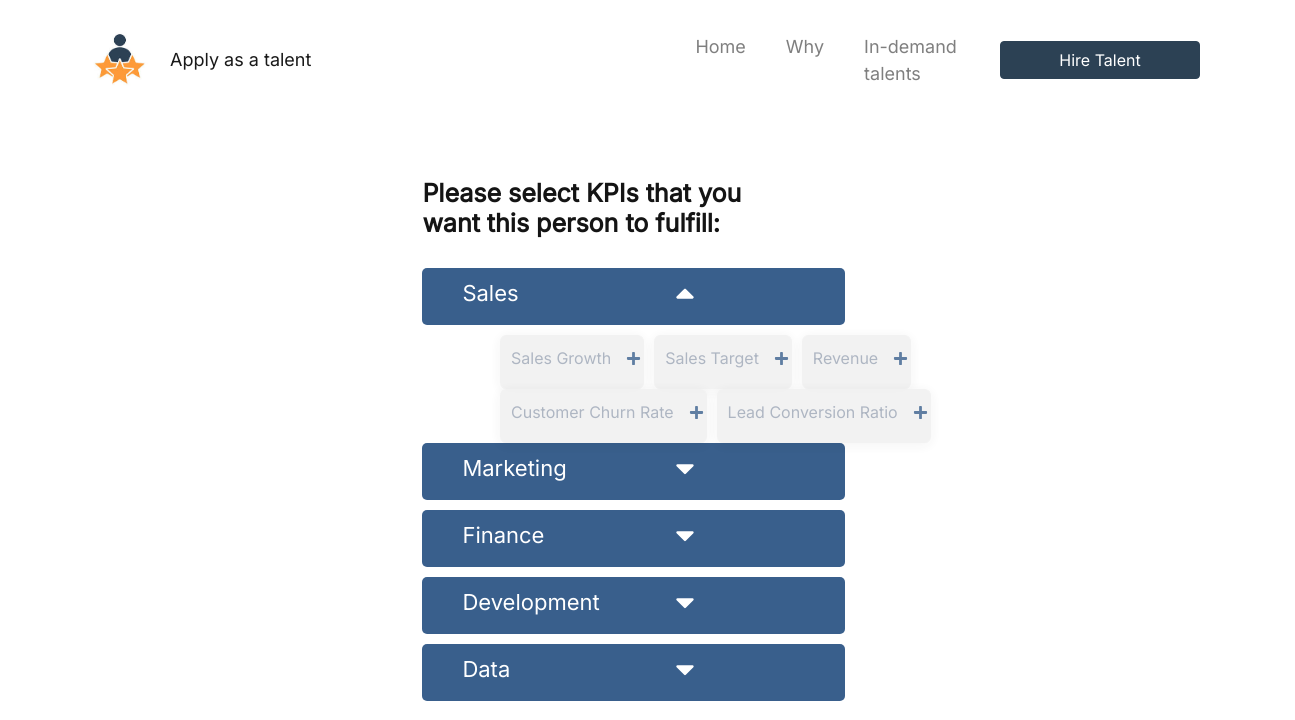
Repository: Ashwe9/talent-hire-reactJs
Page: /kpis, after clicking the first element matching `div.dropdown-box`
An editor plug-in stored every save of this project. The page is shown before and after the next save, followed by the edit.
The browser window is 1280 px wide. The page is 1295 px wide, so the pictures cover 1295 px, including what lies to the right of the window. The pictures show the whole page.
The project was rebuilt for these pictures with package versions that can differ from the ones it lists, and the page was loaded fresh each time. A package was used in the major version that the imports need, not the one package.json lists. Also part of the build but not shown: src/homePage/components/TrustedBy/TrustedBy.css, src/homePage/components/TrustedBy/TrustedBy.js, src/homePage/components/Roles/Roles.css, src/homePage/components/Roles/Roles.js, src/homePage/components/homePageFooter/HomePageFooter.css, src/homePage/components/homePageFooter/HomePageFooter.js, src/homePage/HomePage.js, src/projectDetails/ProjectDetails.js.

Above is the page before, as saved 2022-08-18 17:47:28.

After the next save:
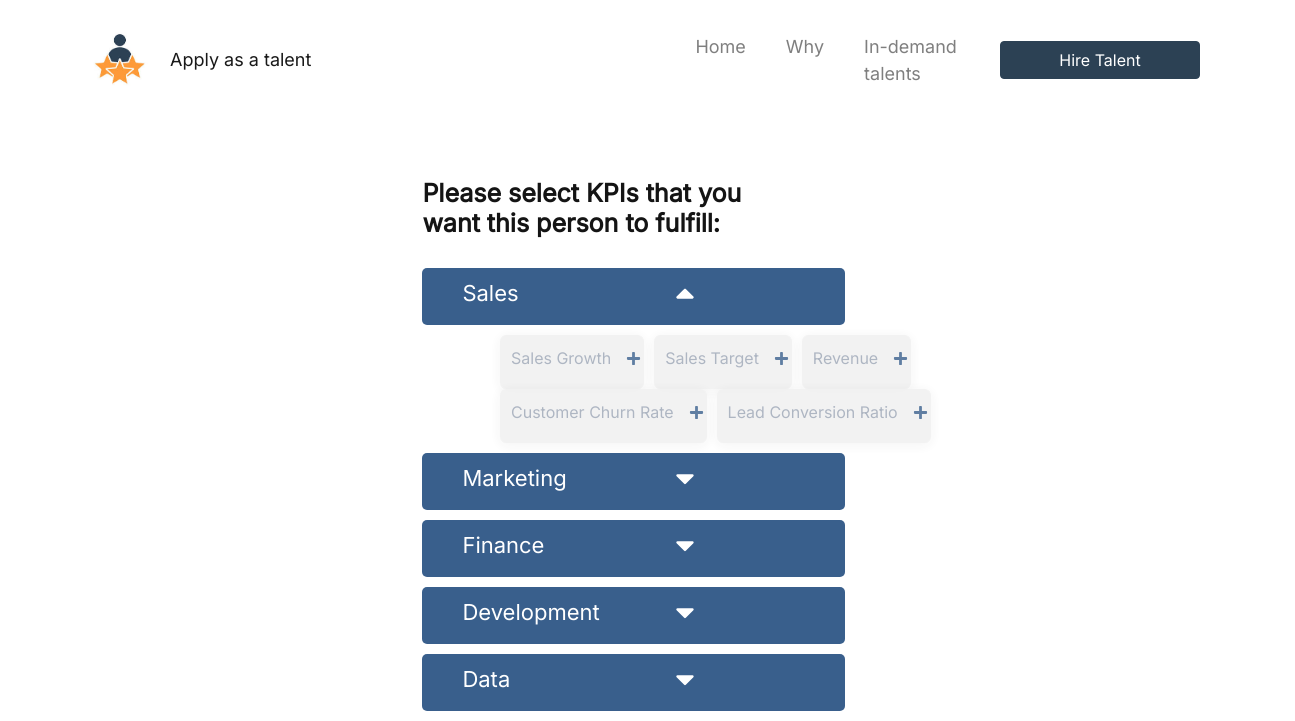
Saved 25 s later.
--- a/src/kpisPage/Talents.js
+++ b/src/kpisPage/Talents.js
@@ -27,7 +27,7 @@ const Talents = ({title}) => {
         };
     return (
         <div className='talents-box'>
-          {title==="Sales"? <form className='check-form'>
+          {title==="Sales"? <form className='check-form' style={{marginBottom: "10px"}}>
             <div className='row'>
               <div className={`${checked_1%2===1 ? "talent-item-active" : "talent-item"}`} onClick={incrementCount1}>
                 <label className={`${checked_1%2===1 ? "talent-item-paragraph-active" : "talent-item-paragraph"}`}>Sales Growth</label>
@@ -73,7 +73,7 @@ const Talents = ({title}) => {
                   <a> { checked_4%2===0 ? <FaPlus id='icons' size={15}  /> : <FaMinus id='icons' size={15}  />}</a>
                 </div>
             </div>
-          </form> : title==="Finance"? <form className='check-form'>
+          </form> : title==="Finance"? <form className='check-form' style={{marginBottom: "10px"}}>
             <div className='row'>
               <div className={`${checked_1%2===1 ? "talent-item-active" : "talent-item"}`} onClick={incrementCount1}>
                 <label className={`${checked_1%2===1 ? "talent-item-paragraph-active" : "talent-item-paragraph"}`}>Financial Planning and Analysis</label>
@@ -94,7 +94,7 @@ const Talents = ({title}) => {
                   <a> { checked_4%2===0 ? <FaPlus id='icons' size={15}  /> : <FaMinus id='icons' size={15}  />}</a>
                 </div>
             </div>
-          </form> : title==="Development"? <form className='check-form'>
+          </form> : title==="Development"? <form className='check-form' style={{marginBottom: "10px"}}>
             <div className='row'>
               <div className={`${checked_1%2===1 ? "talent-item-active" : "talent-item"}`} onClick={incrementCount1}>
                 <label className={`${checked_1%2===1 ? "talent-item-paragraph-active" : "talent-item-paragraph"}`}>Entreprise Grade Reporting</label>
